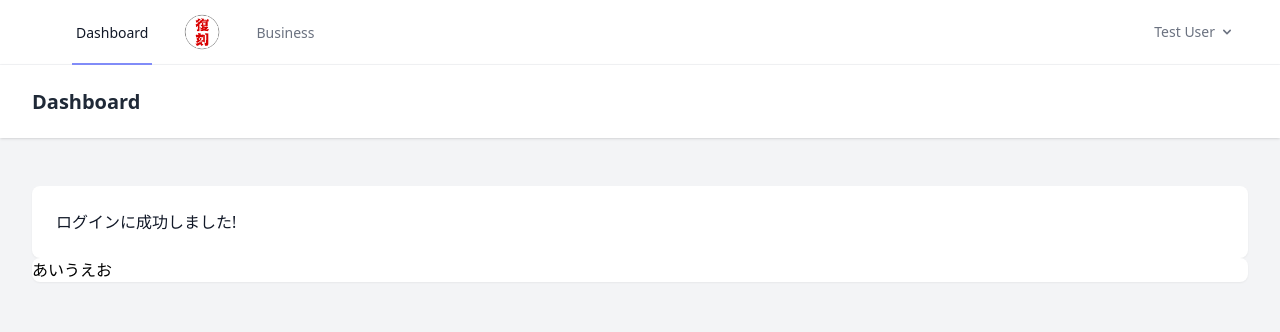
Repository: kyoko-shiraishi/Reproduce
Page: http://localhost/dashboard
An editor plug-in stored every save of this project. The page is shown before and after the next save, followed by the edit.
The browser window is 1280 px wide. The pictures show the whole page.
Some web libraries are served in a nearby version. The page is served by the project's Laravel application, run on PHP 8.4 with Laravel 12. A made-up administrator, Test User (test@example.com), is signed in. Other server files are loaded and not shown. Style sheets and scripts are compiled from the project's sources, by tool versions that may differ from the author's. Queries for data that is not in the repository find no rows.

Above is the page before, as saved 2024-10-24 20:24:11.

### app/Providers/AppServiceProvider.php
<?php
namespace App\Providers;

use Illuminate\Support\ServiceProvider;
use Illuminate\Support\Facades\View;
use App\Models\Category; // Categoryモデルをインポート

class AppServiceProvider extends ServiceProvider
{
    public function boot()
    {
        // \URL::forceScheme('https');
        // すべてのビューにカテゴリを渡す
        View::composer('*', function ($view) {
            $categories = Category::all();
            $view->with('categories', $categories);
        });
    }

    public function register()
    {
        //
    }
}

### routes/web.php
<?php

use App\Http\Controllers\ProfileController;
use Illuminate\Support\Facades\Route;
use App\Http\Controllers\PleaseController;
use App\Http\Controllers\Auth\AuthenticatedSessionController;
use App\Http\Controllers\SearchController;
use App\Http\Controllers\PostController;
use App\Http\Controllers\NewController;
use App\Http\Controllers\LikeController;

// ララベルトップルート
Route::get('/', function () {
    return view('welcome');
});



// ログインページのルート
Route::get('/login', [AuthenticatedSessionController::class, 'create'])->name('login');

// ログイン処理のルート
Route::post('/login', [AuthenticatedSessionController::class, 'store']);

// 登録ページのルート
Route::get('/register', [RegisteredUserController::class, 'create'])->name('register');

// 登録処理のルート
Route::post('/register', [RegisteredUserController::class, 'store']);

// ダッシュボードのルート
Route::get('/dashboard', function () {
    return view('dashboard');
})->middleware(['auth', 'verified'])->name('dashboard');




// 認証が必要なルート
Route::middleware('auth')->group(function () {
// ホームページのルート
Route::get('/home',[PleaseController::class,'home'])->name('home');

Route::get('/business',[PleaseController::class,'business'])->name('business');
Route::get('/infomation',[PleaseController::class,'infomation'])->name('infomation');
Route::get('/logo',[PleaseController::class,'logo'])->name('logo');

Route::get('/search',[SearchController::class,'search'])->name('search.results');
Route::get('/post/{id}',[PostController::class,'post'])->name('post');
Route::get('/new_thread_create',[PleaseController::class,'new_thread_create'])->name('new_thread_create');

Route::post('/thread_store',[NewController::class,'category'])->name('category');

Route::post('/thread_store',[NewController::class,'thread_store'])->name('thread_store');
Route::get('/new_post_create/{id}', [NewController::class, 'new_post_create'])->name('new_post_create');

Route::post('/post_store/{threadId}', [NewController::class, 'post_store'])->name('post_store');
Route::get('/delete',[PleaseController::class,'delete_show'])->name('delete_show');
Route::post('/delete_selected',[PleaseController::class,'delete_selected'])->name('delete_selected');

Route::post('/thread/like', [LikeController::class, 'likeThread']);
Route::post('/post/like',[LikeController::class, 'LikePost']);


    Route::get('/profile', [ProfileController::class, 'edit'])->name('profile.edit');
    Route::patch('/profile', [ProfileController::class, 'update'])->name('profile.update');
    Route::delete('/profile', [ProfileController::class, 'destroy'])->name('profile.destroy');
});

require __DIR__.'/auth.php';

### app/Models/User.php
<?php

namespace App\Models;

// use Illuminate\Contracts\Auth\MustVerifyEmail;
use Illuminate\Database\Eloquent\Factories\HasFactory;
use Illuminate\Foundation\Auth\User as Authenticatable;
use Illuminate\Notifications\Notifiable;

class User extends Authenticatable
{
    use HasFactory, Notifiable;

    /**
     * The attributes that are mass assignable.
     *
     * @var array<int, string>
     */
    protected $fillable = [
        'name',
        'email',
        'password',
        'prefecture',
        'age',
        'gender',
    ];

    /**
     * The attributes that should be hidden for serialization.
     *
     * @var array<int, string>
     */
    protected $hidden = [
        'password',
        'remember_token',
    ];

    /**
     * Get the attributes that should be cast.
     *
     * @return array<string, string>
     */
    protected function casts(): array
    {
        return [
            'email_verified_at' => 'datetime',
            'password' => 'hashed',
        ];
    }
    public function prefecture(){
return $this->belongsTo(prefecture::class,'prefectures_id');
    }
    public function threads(){
        return $this->hasMany(Thread::class);
    }
    public function posts(){
        return $this->hasMany(Post::class);
    }
    public function thread_likes(){
        return $this->hasMany(ThreadLike::class);
    }
    public function post_likes(){
        return $this->hasMany(PostLike::class);
    }
}

### app/Models/Category.php
<?php

namespace App\Models;

use Illuminate\Database\Eloquent\Factories\HasFactory;
use Illuminate\Database\Eloquent\Model;

class Category extends Model
{
    use HasFactory;

    // 保存するデータ
    protected $fillable = ['name'];


    /**
     * 製品とのリレーション
     */
    public function products()
    {
        return $this->hasMany(Product::class, 'category_id');
        // 'category_id' は、Product テーブル内の外部キーのカラム名です。このカラムは、どの Category に属しているかを示します
    }
}

### resources/views/dashboard.blade.php
<x-app-layout>
@vite(['resources/css/app.css', 'resources/js/app.js'])
    <x-slot name="header">
        <h2 class="font-semibold text-xl text-gray-800 leading-tight">
            {{ __('Dashboard') }}
        </h2>
    </x-slot>

    <div class="py-12">
        <div class="max-w-7xl mx-auto sm:px-6 lg:px-8">
            <div class="bg-white overflow-hidden shadow-sm sm:rounded-lg">
                <div class="p-6 text-gray-900">
                    {{ __("ログインに成功しました!") }}
                </div>
            </div>
            <div class="bg-white overflow-hidden shadow-sm sm:rounded-lg margin-top: 10px;">
                あいうえお
            </div>
        </div>

    </div>
</x-app-layout>

### resources/views/layouts/app.blade.php
<!DOCTYPE html>
<html lang="{{ str_replace('_', '-', app()->getLocale()) }}">
    <head>
        <meta charset="utf-8">
        <meta name="viewport" content="width=device-width, initial-scale=1">
        <meta name="csrf-token" content="{{ csrf_token() }}">
        @vite(['resources/css/app.css', 'resources/js/app.js'])


        <title>{{ config('app.name', 'Laravel') }}</title>

        <!-- Fonts -->

        <!-- Scripts -->
        <script src="https://kit.fontawesome.com/e7550042f0.js" crossorigin="anonymous"></script>

        <style>
        .threadList{
        text-align:center;
        }
        .each {

            width: 100%; /* 幅を100%に設定 */
            margin: 0; /* 左右のマージンを0に設定 */
            padding: 0; /* パディングを0に設定 */
        }

        .each {
            display:flex;
            flex-wrap:wrap;/* 折り返し */
            list-style-type: none; /* リストスタイルを消去 */
            width:100%;
            margin:0px;
        }

        a{
            width:100%;
        }


       .like-btn{
        z-index:10;

       }


        .each li {
            /* border: 1px solid #ccc; 各スレッドにボーダーを追加 */
            padding: 0px; /* 内側のパディングを設定 */
            margin-bottom: 10px; /* 各リスト項目の下にマージンを追加 */
            width: 1250x;
            margin:0 auto 50px;
        }
        @media screen and (min-width:380px){
            .border-4.border-blue-400.rounded-lg.p-4.shadow-md.flex.items-start{
                width:46%;
                margin:20px 2%;
            }
        }
        @media screen and (max-width:379.9px){
            .border-4.border-blue-400.rounded-lg.p-4.shadow-md.flex.items-start{
               margin:10px 0;
            }
        }
        .liked{
            color:orangered;
            transition:.2s;
        }
        .flexbox{
            align-items: center;
            display: flex;
        }
        .count-num{
            font-size: 20px;
            margin-left: 10px;
        }
        .fa-heart{
            font-size: 30px;
        }
        .responsive-img {
            /* max-width: 100%; 画像の最大幅を親要素に合わせる */
            /* width: 500px; 画像の幅を固定 */
            /* height: 200px; 画像の高さを固定 */
            /* object-fit: cover; 縦横比を維持しつつ、指定したサイズに収まるように調整 */
            /* border-radius: 8px; 角を少し丸くしたい場合 */
            width:100%;

        }
        .content{
            margin-bottom:50px;
        }
        .yoko{
            display:flex;
            justify-content:space-evenly;
        }
        .yoko p {
            margin-right: 10px; /* 右側の間隔を設定 */
        }
        .yoko h3{
            margin-right: 10px;
        }
        .top-thread-1 {

            background: linear-gradient(45deg, #c0b283 0%, #c0b283 45%, #FEE9A0 70%, #c0b283 85%, #c0b283 90% 100%);
  background-size: 800% 400%;
  animation: gradient 5s infinite cubic-bezier(.62, .28, .23, .99) both;
        }
        @keyframes gradient {
  0% {
    background-position: 0% 50%;
  }

  50% {
    background-position: 100% 50%;
  }

  100% {
    background-position: 0% 50%;
  }
}
        .top-thread-2 {
            background: linear-gradient(45deg, #757575 0%, #9E9E9E 45%, #E8E8E8 70%, #9E9E9E 85%, #757575 90% 100%);
  background-size: 800% 400%;
  animation: gradient 5s infinite cubic-bezier(.62, .28, .23, .99) both;
        }
        @keyframes gradient {
  0% {
    background-position: 0% 50%;
  }

  50% {
    background-position: 100% 50%;
  }

  100% {
    background-position: 0% 50%;
  }
}

        .top-thread-3 {
            background: linear-gradient(45deg, #a57e65 0%, #a57e65 45%, #f3cfb8 70%, #a57e65 85%, #a57e65 90% 100%);
  background-size: 800% 400%;
  animation: gradient 5s infinite cubic-bezier(.62, .28, .23, .99) both;
        }
        @keyframes gradient {
  0% {
    background-position: 0% 50%;
  }

  50% {
    background-position: 100% 50%;
  }

  100% {
    background-position: 0% 50%;
  }
}

        .comment_list{
            margin:20px;
        }
        .font-bold{
            margin-bottom:20px;
        }
        .button{
            margin:20px;
        }

    </style>

    </head>
    <body class="font-sans antialiased">
        <div class="min-h-screen bg-gray-100">
            @include('layouts.navigation')

            <!-- Page Heading -->
            @isset($header)
                <header class="bg-white shadow">
                    <div class="max-w-7xl mx-auto py-6 px-4 sm:px-6 lg:px-8">
                        {{ $header }}
                    </div>
                </header>
            @endisset

            <!-- Page Content -->
            <main>
                {{ $slot }}
            </main>
        </div>
    </body>
</html>

### resources/views/layouts/navigation.blade.php
<nav x-data="{ open: false }" class="bg-white border-b border-gray-100">
    <!-- Primary Navigation Menu -->
    <div class="max-w-7xl mx-auto px-4 sm:px-6 lg:px-8">
        <div class="flex justify-between h-16">
        <div class="flex">
                <!-- Navigation Links -->
                <div class="hidden space-x-8 sm:-my-px sm:ms-10 sm:flex">
                    <x-nav-link :href="route('dashboard')" :active="request()->routeIs('dashboard')">
                        {{ __('Dashboard') }}
                    </x-nav-link>
                     <!-- Logo -->
                <div class="shrink-0 flex items-center">
                    <a href="{{ route('home') }}">
                        <img src="{{ asset('images/logo2.png') }}" class="block h-9 w-auto" alt="Logo">
                    </a>
                </div>
                    <x-nav-link :href="route('business')" :active="request()->routeIs('index')">
                        {{ __('Business') }}
                    </x-nav-link>
                </div>


            </div>


            <!-- Settings Dropdown -->
            <div class="hidden sm:flex sm:items-center sm:ms-6">
                <x-dropdown align="right" width="48">
                    <x-slot name="trigger">
                        <button class="inline-flex items-center px-3 py-2 border border-transparent text-sm leading-4 font-medium rounded-md text-gray-500 bg-white hover:text-gray-700 focus:outline-none transition ease-in-out duration-150">
                        @auth
                            <div>{{ Auth::user()->name }}</div>
                        @endauth

                            <div class="ms-1">
                                <svg class="fill-current h-4 w-4" xmlns="http://www.w3.org/2000/svg" viewBox="0 0 20 20">
                                    <path fill-rule="evenodd" d="M5.293 7.293a1 1 0 011.414 0L10 10.586l3.293-3.293a1 1 0 111.414 1.414l-4 4a1 1 0 01-1.414 0l-4-4a1 1 0 010-1.414z" clip-rule="evenodd" />
                                </svg>
                            </div>
                        </button>
                    </x-slot>

                    <x-slot name="content">
                        <x-dropdown-link :href="route('profile.edit')">
                            {{ __('Profile') }}
                        </x-dropdown-link>

                        <x-dropdown-link :href="route('delete_show')">
                            {{ __('delete') }}
                        </x-dropdown-link>

                        <!-- Authentication -->
                        <form method="POST" action="{{ route('logout') }}">
                            @csrf

                            <x-dropdown-link :href="route('logout')"
                                    onclick="event.preventDefault();
                                                this.closest('form').submit();">
                                {{ __('Log Out') }}
                            </x-dropdown-link>
                        </form>
                    </x-slot>
                </x-dropdown>
            </div>

            <!-- Hamburger -->
            <div class="-me-2 flex items-center sm:hidden">
                <button @click="open = ! open" class="inline-flex items-center justify-center p-2 rounded-md text-gray-400 hover:text-gray-500 hover:bg-gray-100 focus:outline-none focus:bg-gray-100 focus:text-gray-500 transition duration-150 ease-in-out">
                    <svg class="h-6 w-6" stroke="currentColor" fill="none" viewBox="0 0 24 24">
                        <path :class="{'hidden': open, 'inline-flex': ! open }" class="inline-flex" stroke-linecap="round" stroke-linejoin="round" stroke-width="2" d="M4 6h16M4 12h16M4 18h16" />
                        <path :class="{'hidden': ! open, 'inline-flex': open }" class="hidden" stroke-linecap="round" stroke-linejoin="round" stroke-width="2" d="M6 18L18 6M6 6l12 12" />
                    </svg>
                </button>
            </div>
        </div>
    </div>

    <!-- Responsive Navigation Menu -->
    <div :class="{'block': open, 'hidden': ! open}" class="hidden sm:hidden">
        <div class="pt-2 pb-3 space-y-1">
            <x-responsive-nav-link :href="route('dashboard')" :active="request()->routeIs('dashboard')">
                {{ __('Dashboard') }}
            </x-responsive-nav-link>
        </div>

        <!-- Responsive Settings Options -->
        <div class="pt-4 pb-1 border-t border-gray-200">
            <div class="px-4">
                <div class="font-medium text-base text-gray-800">{{ Auth::user()->name }}</div>
                <div class="font-medium text-sm text-gray-500">{{ Auth::user()->email }}</div>
            </div>

            <div class="mt-3 space-y-1">
                <x-responsive-nav-link :href="route('profile.edit')">
                    {{ __('Profile') }}
                </x-responsive-nav-link>

                <!-- Authentication -->
                <form method="POST" action="{{ route('logout') }}">
                    @csrf

                    <x-responsive-nav-link :href="route('logout')"
                            onclick="event.preventDefault();
                                        this.closest('form').submit();">
                        {{ __('Log Out') }}
                    </x-responsive-nav-link>
                </form>
            </div>
        </div>
    </div>
</nav>

Loaded but not shown: routes/auth.php (common file); app/Http/Controllers/Auth/EmailVerificationPromptController.php (common file); app/Http/Controllers/Controller.php (common file); app/Http/Controllers/Auth/VerifyEmailController.php (common file); app/View/Components/AppLayout.php (common file); resources/views/components/nav-link.blade.php (common file); resources/views/components/dropdown-link.blade.php (common file); resources/views/components/dropdown.blade.php (common file); resources/views/components/responsive-nav-link.blade.php (common file); resources/css/app.css (common file); tailwind.config.js (common file)

After the next save:
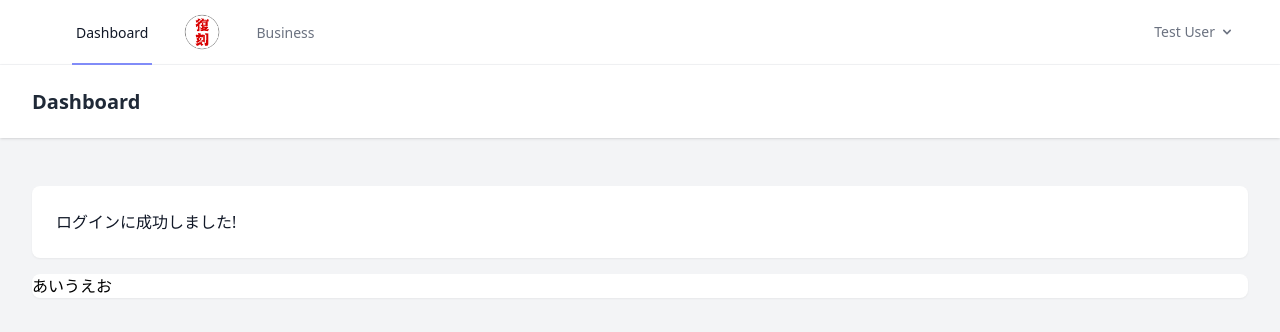
Saved 3 min 7 s later.
--- a/resources/views/dashboard.blade.php
+++ b/resources/views/dashboard.blade.php
@@ -13,7 +13,7 @@
                     {{ __("ログインに成功しました!") }}
                 </div>
             </div>
-            <div class="bg-white overflow-hidden shadow-sm sm:rounded-lg margin-top: 10px;">
+            <div class="bg-white overflow-hidden shadow-sm sm:rounded-lg mt-4">
                 あいうえお
             </div>
         </div>
